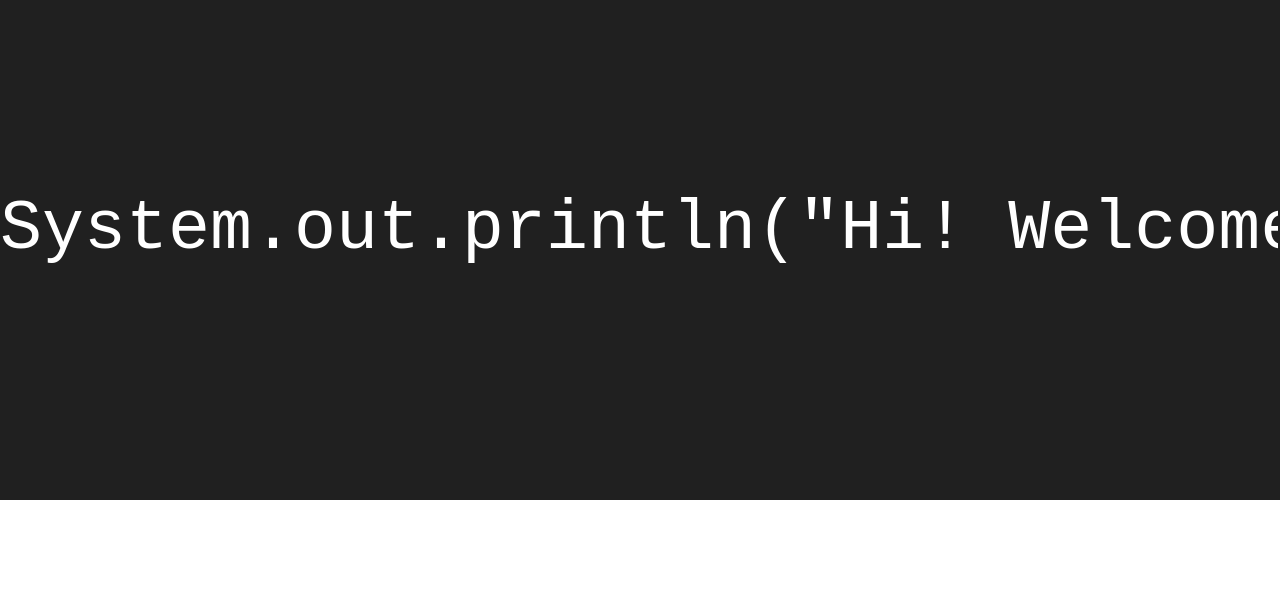
Repository: janry-gracia/Divinagracia_FinalProject
Page: Pages/storyofmylife.html
An editor plug-in stored every save of this project. The page is shown before and after the next save, followed by the edit.
The browser window is 1280 px wide. The pictures show the whole page.

Above is the page before, as saved 2021-05-18 00:07:02.
Console error: TypeError: Cannot read properties of null (reading 'addEventListener')

### Pages/storyofmylife.html
<!DOCTYPE html>
<html lang="en">
<head>
    <meta charset="UTF-8">
    <meta http-equiv="X-UA-Compatible" content="IE=edge">
    <meta name="viewport" content="width=device-width, initial-scale=1.0">
    <title>Story of My Life</title>
    <link rel="stylesheet" href="/css/bootstrap.css">
    <link rel="stylesheet" href="/css/storyofmylife.css">
</head>
<body>

    <div class="container-fluid ">

        <div class="container-fluid message">
            <p class="message typewriter">System.out.println("Hi! Welcome to my LIFE.")</p>
        </div>

        <nav class="nav navbar-expand-md position-sticky">
            <div class="container-fluid">
                <a href="#" class="navbar-brand"><img src="/Pictures/logo.png" alt="Picture of My logo"></a>
            </div>
        </nav>




    </div>


    <script src ="/js/jquery-3.6.0.min.js"></script>
    <script src="/js/bootstrap.js"></script>
    <script src="/js/script.js"></script>

</body>
</html>

### css/storyofmylife.css
@import url('https://fonts.googleapis.com/css2?family=Fira+Code:wght@300;400;500&display=swap');

*{
    padding: 0;
    margin: 0;
    box-sizing: border-box;
}

html, body{
    height: 100%;
    width: 100%;
    overflow: hidden;

}

.container-fluid{
    padding: 0;
    margin: 0;
    box-sizing: border-box;
}

div.message{
    height: 500px;
    background-color: rgb(32, 32, 32);
    text-align: center;

}

p.message{
    margin-top: 180px;
    font-family: 'Fire Code', monospace;
    font-size: 5em;
    font-weight: 200;
    color: white;
    border-right: solid 2px rgb(255, 255, 255);
    white-space: nowrap;
    overflow: hidden;
    animation: animated-text 4s steps(45,end) 1s 1 normal both ,
               animated-cursor 1000ms steps(45,end) infinite alternate;
}



  /* Animation */
  @keyframes animated-text{
    from{width: 0%;}
    to{width: 100%;}
  }

  /* cursor animations */

  @keyframes animated-cursor{
    from{border-right-color: rgb(255, 255, 255);}
    to{border-right-color: transparent;}
  }

### js/script.js
let btn1= document.querySelector(".box1");
let btn2 = document.querySelector(".box2");
let text = document.querySelector(".greeting");
let frontpage = document.querySelector(".frontpage");
let secondpage = document.querySelector(".secondpage");
let button = document.querySelector(".button");
let logo = document.querySelector(".logo");



btn1.addEventListener("click", function() {
    btn1.classList.add("box1transition");
    btn1.style.transition = "transform 3s";
    btn2.classList.add("box2transition");
    btn2.style.transition = "transform 3s";
    text.style.animationName = "hidecontent";

    setTimeout(function () {
        window.open('Pages/backpage.html', '_self');
    }, 2500);

});


btn2.addEventListener("click", function() {
    btn1.classList.add("box1transition");
    btn1.style.transition = "transform 3s";
    btn2.classList.add("box2transition");
    btn2.style.transition = "transform 3s";
    text.style.animationName = "hidecontent";
    setTimeout(function () {
        window.open('Pages/backpage.html', '_self');
    }, 2500);

});


text.addEventListener("click", function() {
    btn1.classList.add("box1transition");
    btn1.style.transition = "transform 3s";
    btn2.classList.add("box2transition");
    btn2.style.transition = "transform 3s";
    text.style.animationName = "hidecontent";
    setTimeout(function () {
        window.open('Pages/backpage.html', '_self');
    }, 2500);

});

Loaded but not shown: css/bootstrap.css (library); js/jquery-3.6.0.min.js (library); js/bootstrap.js (library)

After the next save:
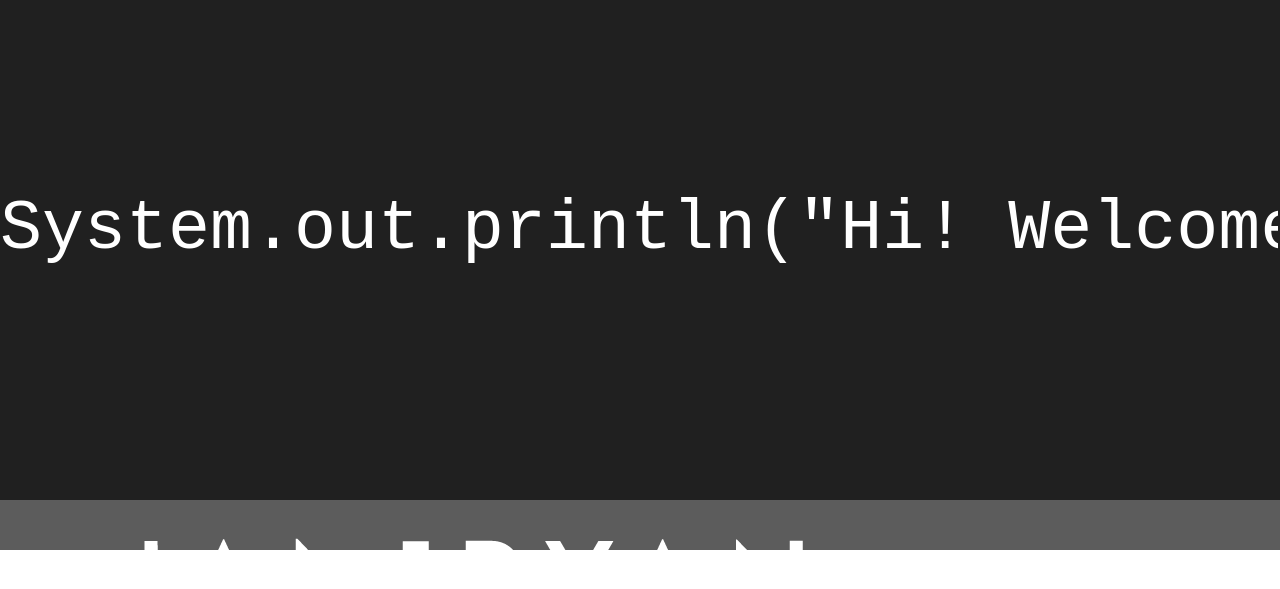
Saved 2 min 39 s later.
--- a/css/storyofmylife.css
+++ b/css/storyofmylife.css
@@ -39,6 +39,10 @@ p.message{
                animated-cursor 1000ms steps(45,end) infinite alternate;
 }
 
+.nav{
+    background-color: rgb(92, 92, 92);
+}
+
 
 
   /* Animation */
